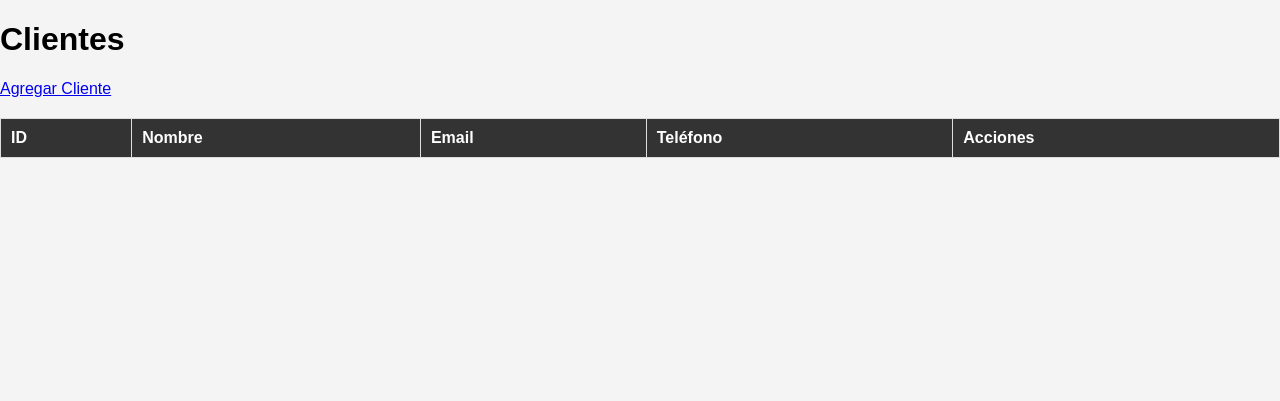
Repository: Connie75/Inventario
Page: http://localhost/views/clients.php
An editor plug-in stored every save of this project. The page is shown before and after the next save, followed by the edit.
The browser window is 1280 px wide. The pictures show the whole page.
The page is run by PHP 8.4 with error messages shown; the project is at /var/www/html/. Queries for data that is not in the repository find no rows.

Above is the page before, as saved 2024-07-31 19:50:10.

### views/clients.php
<?php
session_start();
include("../includes/db.php");

// Obtener la lista de clientes
$result = $conn->query("SELECT * FROM clientes");
?>
<!DOCTYPE html>
<html lang="es">
<head>
    <meta charset="UTF-8">
    <meta name="viewport" content="width=device-width, initial-scale=1.0">
    <title>Clientes</title>
    <link rel="stylesheet" href="../css/styles.css">
</head>
<body>
    <h1>Clientes</h1>
    <a href="add_client.php">Agregar Cliente</a>
    <table>
        <thead>
            <tr>
                <th>ID</th>
                <th>Nombre</th>
                <th>Email</th>
                <th>Teléfono</th>
                <th>Acciones</th>
            </tr>
        </thead>
        <tbody>
            <?php while ($cliente = $result->fetch_assoc()): ?>
                <tr>
                    <td><?php echo $cliente['id']; ?></td>
                    <td><?php echo $cliente['nombre']; ?></td>
                    <td><?php echo $cliente['email']; ?></td>
                    <td><?php echo $cliente['telefono']; ?></td>
                    <td>
                        <a href="edit_client.php?id=<?php echo $cliente['id']; ?>">Editar</a>
                        <a href="delete_client.php?id=<?php echo $cliente['id']; ?>">Eliminar</a>
                    </td>
                </tr>
            <?php endwhile; ?>
        </tbody>
    </table>
</body>
</html>

### includes/db.php
<?php
// db.php
$servername = "localhost";
$username = "root";
$password = "Azurro49.";
$dbname = "inventario";

// Crear conexión
$conn = new mysqli($servername, $username, $password, $dbname);

// Verificar conexión
if ($conn->connect_error) {
    die("Error en la conexión: " . $conn->connect_error);
}
?>

### CSS/Styles.css
/* css/style.css */
body {
    font-family: Arial, sans-serif;
    background-color: #f4f4f4;
    margin: 0;
    padding: 0;
}

header {
    background-color: #333;
    color: #fff;
    padding: 10px 0;
    text-align: center;
}

nav ul {
    list-style: none;
    padding: 0;
}

nav ul li {
    display: inline;
    margin-right: 10px;
}

nav ul li a {
    color: #fff;
    text-decoration: none;
}

main {
    padding: 20px;
}

table {
    width: 100%;
    border-collapse: collapse;
    margin-top: 20px;
}

table, th, td {
    border: 1px solid #ddd;
}

th, td {
    padding: 10px;
    text-align: left;
}

th {
    background-color: #333;
    color: #fff;
}

### includes/header.php
<!-- includes/header.php -->
<!DOCTYPE html>
<html lang="es">
<head>
    <meta charset="UTF-8">
    <meta name="viewport" content="width=device-width, initial-scale=1.0">
    <title>Oficina de Inventario</title>
    <link rel="stylesheet" href="../css/styles.css">
    <script src="../js/scripts.js" defer></script>
</head>
<body>
    <header>
        <h1>Oficina de Inventario</h1>
        <nav>
            <ul>
                <li><a href="../views/dashboard.php">Dashboard</a></li>
                <li><a href="../views/products.php">Productos</a></li>
                <li><a href="../views/sales.php">Ventas</a></li>
                <li><a href="../views/invoices.php">Facturas</a></li>
                <?php if (isset($_SESSION['rol']) && $_SESSION['rol'] == 'admin'): ?>
                    <li><a href="../views/users.php">Usuarios</a></li>
                <?php endif; ?>
                <li><a href="../actions/logout.php">Cerrar sesión</a></li>
            </ul>
        </nav>
    </header>
    <main>
    <?php if (isset($_SESSION['message'])): ?>
            <div class="message <?php echo $_SESSION['message_type']; ?>">
                <?php
                    echo $_SESSION['message'];
                    unset($_SESSION['message']);
                    unset($_SESSION['message_type']);
                ?>
            </div>
        <?php endif; ?>

### includes/footer.php
<!-- includes/footer.php -->
</main>
    <footer>
        <p>&copy; 2024 Oficina de Inventario. Todos los derechos reservados.</p>
    </footer>
</body>
</html>

### js/Scripts.js
// js/scripts.js

document.addEventListener('DOMContentLoaded', function () {
    // Validación de formularios
    var forms = document.querySelectorAll('form');

    forms.forEach(function (form) {
        form.addEventListener('submit', function (event) {
            var inputs = form.querySelectorAll('input[required], textarea[required], select[required]');
            var valid = true;

            inputs.forEach(function (input) {
                if (!input.value) {
                    input.style.borderColor = 'red';
                    valid = false;
                } else {
                    input.style.borderColor = 'initial';
                }
            });

            if (!valid) {
                event.preventDefault();
                alert('Por favor, rellena todos los campos obligatorios.');
            }
        });
    });

    // Actualización dinámica de cantidad de productos
    var cantidadInputs = document.querySelectorAll('input[name="cantidad"]');
    var precioInputs = document.querySelectorAll('input[name="precio"]');
    var totalDisplay = document.querySelector('#total');

    cantidadInputs.forEach(function (cantidadInput) {
        cantidadInput.addEventListener('input', actualizarTotal);
    });

    precioInputs.forEach(function (precioInput) {
        precioInput.addEventListener('input', actualizarTotal);
    });

    function actualizarTotal() {
        var cantidad = parseFloat(cantidadInputs[0].value) || 0;
        var precio = parseFloat(precioInputs[0].value) || 0;
        var total = cantidad * precio;

        if (totalDisplay) {
            totalDisplay.textContent = 'Total: $' + total.toFixed(2);
        }
    }

    // Mostrar/ocultar contraseña
    var togglePassword = document.querySelector('#togglePassword');
    var passwordInput = document.querySelector('input[name="password"]');

    if (togglePassword && passwordInput) {
        togglePassword.addEventListener('click', function () {
            var type = passwordInput.getAttribute('type') === 'password' ? 'text' : 'password';
            passwordInput.setAttribute('type', type);
            this.textContent = type === 'password' ? 'Mostrar' : 'Ocultar';
        });
    }
});

After the next save:
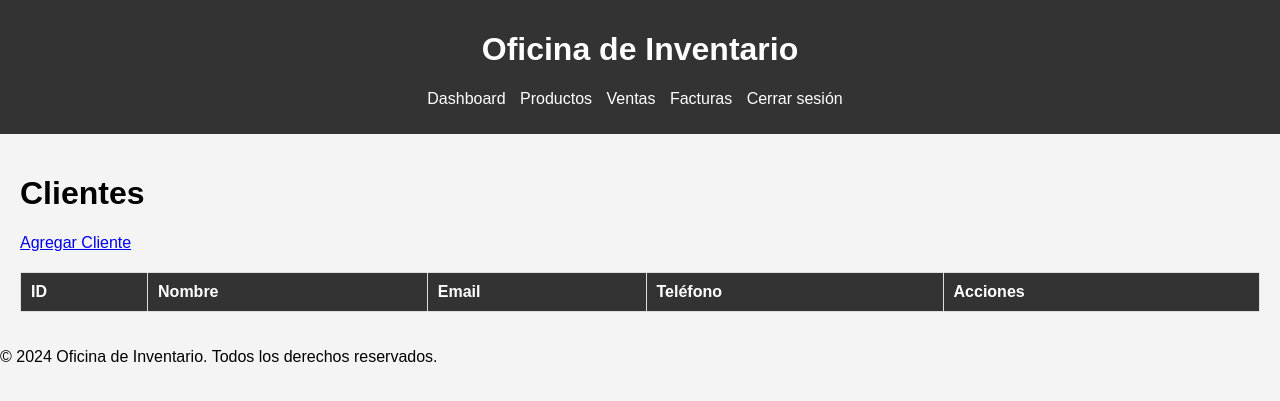
Saved 27 s later.
--- a/views/clients.php
+++ b/views/clients.php
@@ -1,5 +1,6 @@
 <?php
 session_start();
+include("../includes/header.php");
 include("../includes/db.php");
 
 // Obtener la lista de clientes
@@ -35,7 +36,7 @@ $result = $conn->query("SELECT * FROM clientes");
                     <td><?php echo $cliente['telefono']; ?></td>
                     <td>
                         <a href="edit_client.php?id=<?php echo $cliente['id']; ?>">Editar</a>
-                        <a href="delete_client.php?id=<?php echo $cliente['id']; ?>">Eliminar</a>
+                        <a href="../actions/delete_client.php?id=<?php echo $cliente['id']; ?>">Eliminar</a>
                     </td>
                 </tr>
             <?php endwhile; ?>
@@ -43,3 +44,6 @@ $result = $conn->query("SELECT * FROM clientes");
     </table>
 </body>
 </html>
+<?php
+include("../includes/footer.php");
+?>
